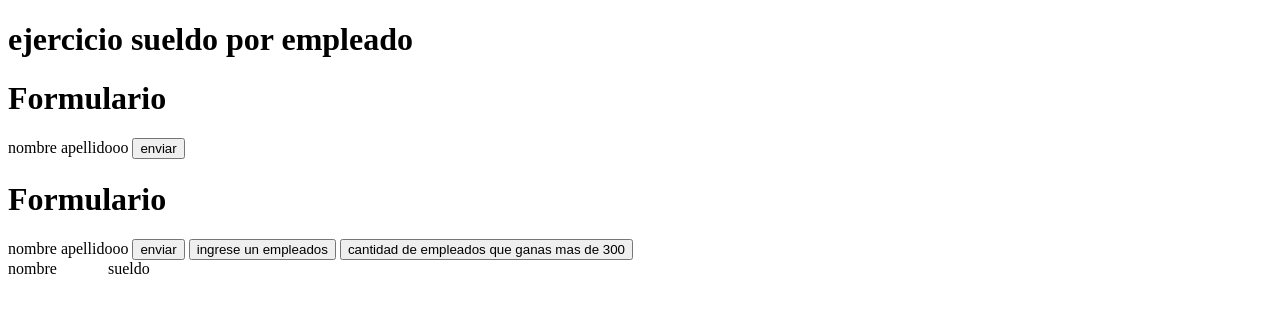
Repository: wolfmarcos/Ej-FormSesionEmpleados
Page: sueldoempleado.html
These files come from the project's save history. The page is drawn as it stood at one moment and after a run of saves; the edit follows.
The browser window is 1280 px wide. The pictures show the whole page.

Above is the page before, as saved 2022-07-26 13:29:14.

After the next 3 saves:
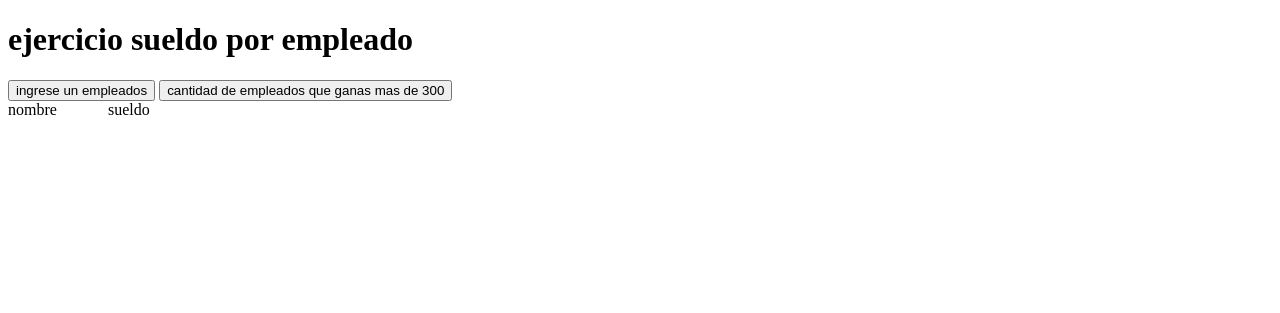
The 3 saves are shown as one change because they came seconds apart.
The last was saved 10 s later.
--- a/sueldoempleado.html
+++ b/sueldoempleado.html
@@ -1,6 +1,5 @@
 <!DOCTYPE html>
 <html lang="en">
-
 <head>
     <meta charset="UTF-8">
     <meta http-equiv="X-UA-Compatible" content="IE=edge">
@@ -8,31 +7,14 @@
     <link rel="stylesheet" href="ej1.css">
     <title>Document</title>
 </head>
-
 <body>
     <h1>ejercicio sueldo por empleado</h1>
 
 
-    <h1>Formulario</h1>
-    <form action="./ej1.js" name="form" method="post">
-        <leibel>nombre</leibel>
-        <leibel>apellidooo</leibel>
-        <imput type="text"/>
-
-            <button type="submit"> enviar</button>
-    </form>
 
 
-    <h1>Formulario</h1>
-    <form action="./ej1.js" name="form" method="post">
-<leibel>nombre</leibel>
 
 
-<leibel>apellidooo</leibel>
-<imput type="text">
-
-<button type="submit"> enviar</button>
-    </form>
 
 
 
@@ -46,14 +28,14 @@
         <div>sueldo</div>
         <div class="datos"></div>
 
-    </div>
+</div>
 
 
     <script src="ej1.js"></script>
 </body>
 
 <div>
-    <br>
+<br>
 
 
 
